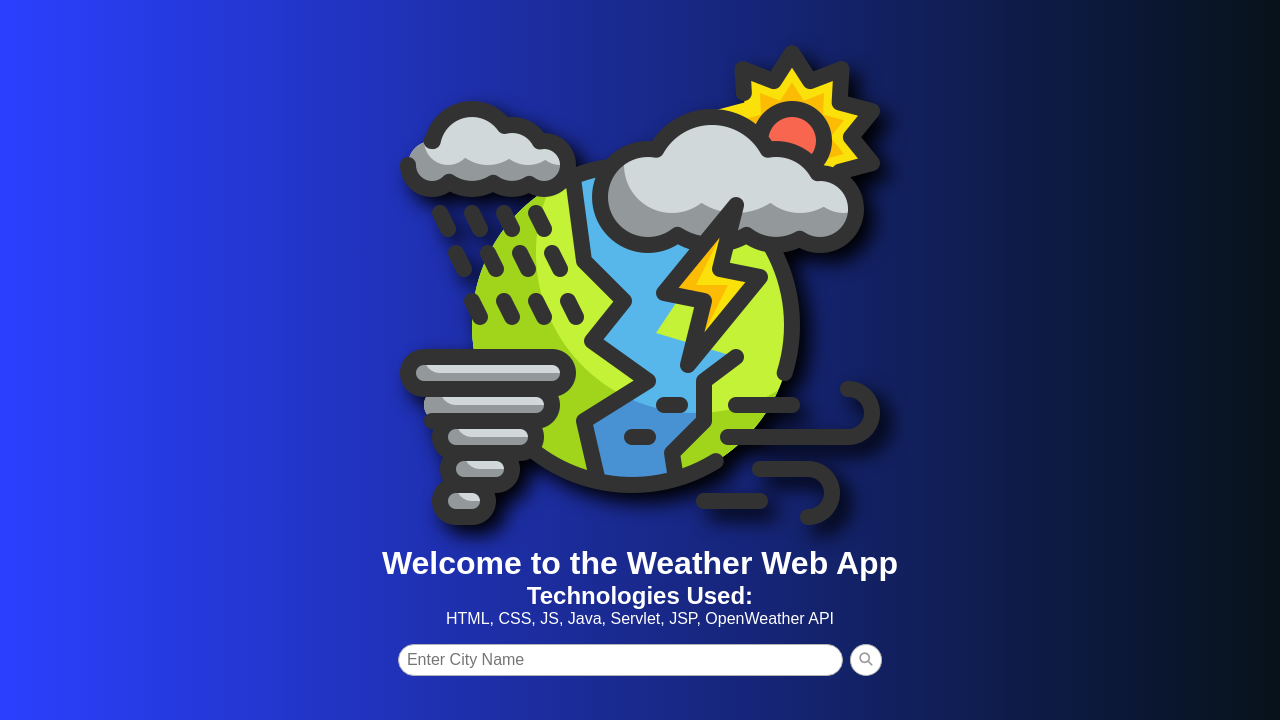
Repository: MinhajulMukthar/Weather-WebApp
Page: Weather App/src/main/webapp/index.html
These files come from the project's save history. The page is drawn as it stood at one moment and after the next save; the edit follows.
The browser window is 1280 px wide. The pictures show the whole page.

Above is the page before, as saved 2024-09-26 01:43:49.

### Weather App/src/main/webapp/index.html
<!DOCTYPE html>
<html>
<head>
<meta charset="UTF-8">
<meta http-equiv="X-UA-Compatible" content="IE=edge">
<meta name="viewport" content="width=device-width, initial-scale=1.0">
<title>Weather App</title>
<link rel="icon" href="images/rain.png" type="image/png">
<link rel="stylesheet"
	href="https://cdnjs.cloudflare.com/ajax/libs/font-awesome/6.4.0/css/all.min.css" />
<link rel="stylesheet" href="style.css" />

</head>
<body>
	<div style="color: white; text-align: center">
		<img src="images/weather-logo.png"
			style="height: auto; width: auto; filter: drop-shadow(10px 10px 10px black);">
		<h1>Welcome to the Weather Web App</h1>

		<h2>Technologies Used:</h2>
		<p>HTML, CSS, JS, Java, Servlet, JSP, OpenWeather API</p>
		<form action="ServletWeb" method="post" class="searchInput">
			<input type="text" placeholder="Enter City Name" id="searchInput"
				 name="city" />
			<button id="searchButton">
				<i class="fa-solid fa-magnifying-glass"></i>
			</button>
		</form>
	</div>
</body>
</html>

### Weather App/src/main/webapp/style.css
    * {
  margin: 0;
  padding: 0;
  box-sizing: border-box;
  font-family: "Ubuntu", sans-serif;
}

body {
  display: flex;
  height: 100vh;
  align-items: center;
  justify-content: center;
  background: linear-gradient(to right,  #2b40ff,#07121a);
}

.mainContainer {
  width: 25rem;
  height: auto;
  border-radius: 1rem;
  background: #fff;
  box-shadow: 0 14px 28px rgba(0,0,0,0.25),
			0 10px 10px rgba(0,0,0,0.22);
}

.searchInput {
  width: 100%;
  display: flex;
  padding: 1rem 1rem;
  justify-content: center;
}

.searchInput input {
  width: 100%;
  height: 2rem;
  outline: none;
  font-size: 1rem;
  color: #525050;
  padding: 0.2rem 0.5rem;
  border-radius: 1.5rem;
  border: 1px solid #b3b3b3;
}

.searchInput input:focus {
  border: 1px solid #9c9dde;
}

.searchInput button {
  width: 2.2rem;
  height: 2rem;
  cursor: pointer;
  color: #9b9b9b;
  border-radius: 50%;
  margin-left: 0.4rem;
  transition: all 0.3s ease;
  background-color: #fff;
  border: 1px solid #b3b3b3;
}

.searchInput button:hover {
  color: #fff;
  background-color: #9c9dde;
  border: 1px solid #9c9dde;
}

.weatherIcon {
  display: flex;
  padding-top: 0.5rem;
  padding-bottom: 0.5rem;
  justify-content: center;
}

.weatherIcon img {
  max-width: 100%;
  width: 8rem;
}

.weatherDetails .temp{
 font-size: 2rem;
}
.cityDetails {
  color: #323232;
  font-size: 2.5rem;
  text-align: center;
  margin-bottom: 0.5rem;
}

.cityDetails .date {
  color: #323232;
  font-size: 1.5rem;
  text-align: center;
  margin-bottom: 0.5rem;
}

.windDetails {
  display: flex;
  margin-top: 1rem;
  margin-bottom: 1.5rem;
  justify-content: space-around;
}

.windDetails .humidityBox {
  display: flex;
  font-size: 1rem;
  color: #323232;
}

.windDetails .humidity .humidityValue {
 text-align: center;
  font-size: 2rem;
  color: #323232;
}

.windDetails .humidityBox img {
  max-height: 3rem;
  margin-right: 0.5rem;
}

.windDetails .windSpeed {
  display: flex;
  font-size: 1rem;
  color: #323232;
}

.windDetails .windSpeed img {
  max-height: 3rem;
  margin-right: 0.5rem;
}


image-logo{
        height: auto;
        width: auto;
        filter: drop-shadow(20px 10px 10px black);
      }

After the next save:
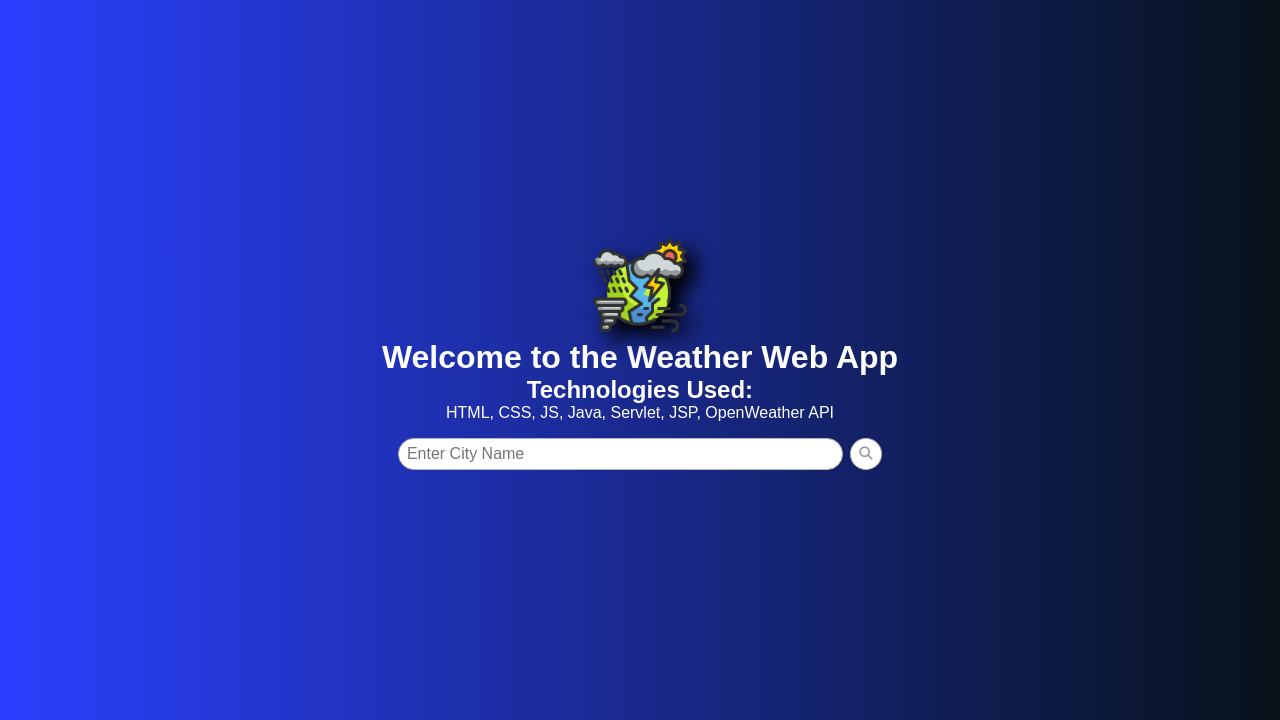
Saved 32 s later.
--- a/Weather App/src/main/webapp/index.html
+++ b/Weather App/src/main/webapp/index.html
@@ -14,7 +14,7 @@
 <body>
 	<div style="color: white; text-align: center">
 		<img src="images/weather-logo.png"
-			style="height: auto; width: auto; filter: drop-shadow(10px 10px 10px black);">
+			style="height: 100px; width: auto; filter: drop-shadow(10px 10px 10px black);">
 		<h1>Welcome to the Weather Web App</h1>
 
 		<h2>Technologies Used:</h2>
